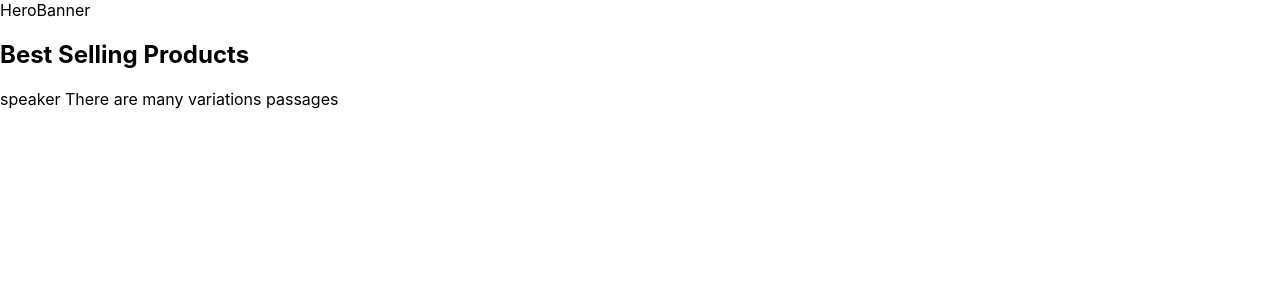
Repository: syni18/e-shop
Page: /
The author's editor kept a copy of each file at every save. The page is drawn from the files as they stood at one save, then again after a run of saves.
The browser window is 1280 px wide. The pictures show the whole page.
The project was rebuilt for these pictures with package versions that can differ from the ones it lists, and the page was loaded fresh each time. The framework's server and built-in components were replaced by stand-ins that run in the browser. Also part of the build but not shown: next.config.js.

Above is the page before, as saved 2022-08-09 01:21:49.

After the next 2 saves:
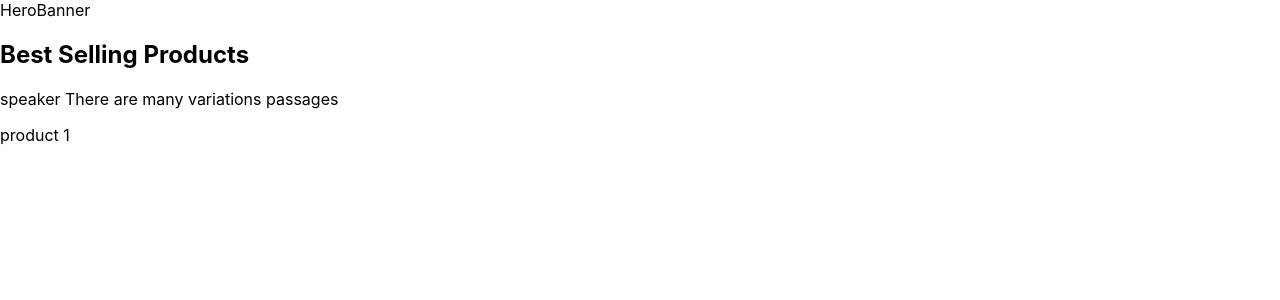
The 2 saves are shown as one change because they came seconds apart.
The last was saved 7 s later.
--- a/pages/index.js
+++ b/pages/index.js
@@ -9,7 +9,7 @@ const index = () => {
         <p>speaker There are many variations passages</p>
       </div>
       <div>
-        {[]}
+        {['product 1']}
       </div>
     </>
   );
